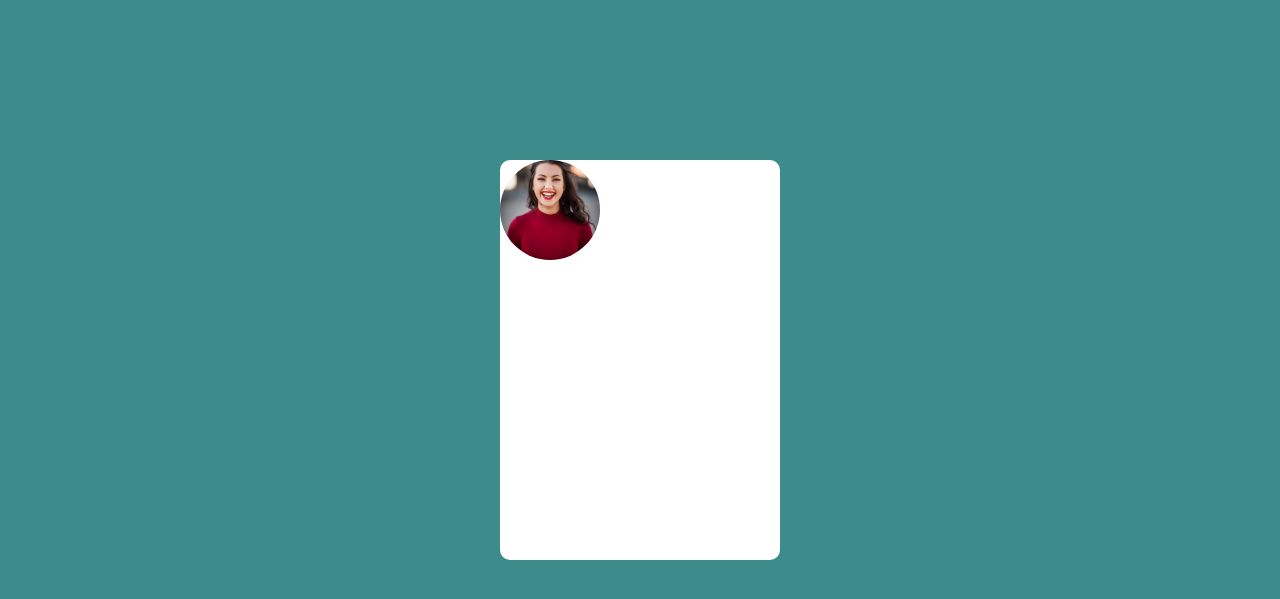
Repository: kiranjeetkaur01/instarequest.github.io
Page: index.html
The author's editor kept a copy of each file at every save. The page is drawn from the files as they stood at one save, then again after the next save.
The browser window is 1280 px wide. The pictures show the whole page.

Above is the page before, as saved 2023-09-12 19:33:56.

### index.html
<!DOCTYPE html>
<html lang="en">
<head>
    <meta charset="UTF-8">
    <meta name="viewport" content="width=device-width, initial-scale=1.0">
    <title>Insta Request Feature</title>
    <link rel="stylesheet" href="style.css">
</head>
<body>
    <div id="main">
        <div id="card">
            <img src="./photo-1494790108377-be9c29b29330.avif" alt="">
        </div>
    </div>

    <script src="script.js"></script>
</body>
</html>

### style.css
*{
    margin: 0;
    padding: 0;
    box-sizing: border-box;
}
html,body{
    height: 100%;
    width: 100%;
}
#main{
    height: 100%;
    width: 100%;
    background-color: rgb(62, 139, 139);
    display: flex;
    align-items: center;
    justify-content: center;
}
#card{
    height: 400px;
    width: 280px;
    background-color: #fff;
    border-radius: 10px;
}
#card img{
    height: 100px;
    width: 100px;
    object-fit: cover;
    border-radius: 50%;
}

Loaded but not shown: script.js (no copy from this time; the picture is the same without it)

After the next save:
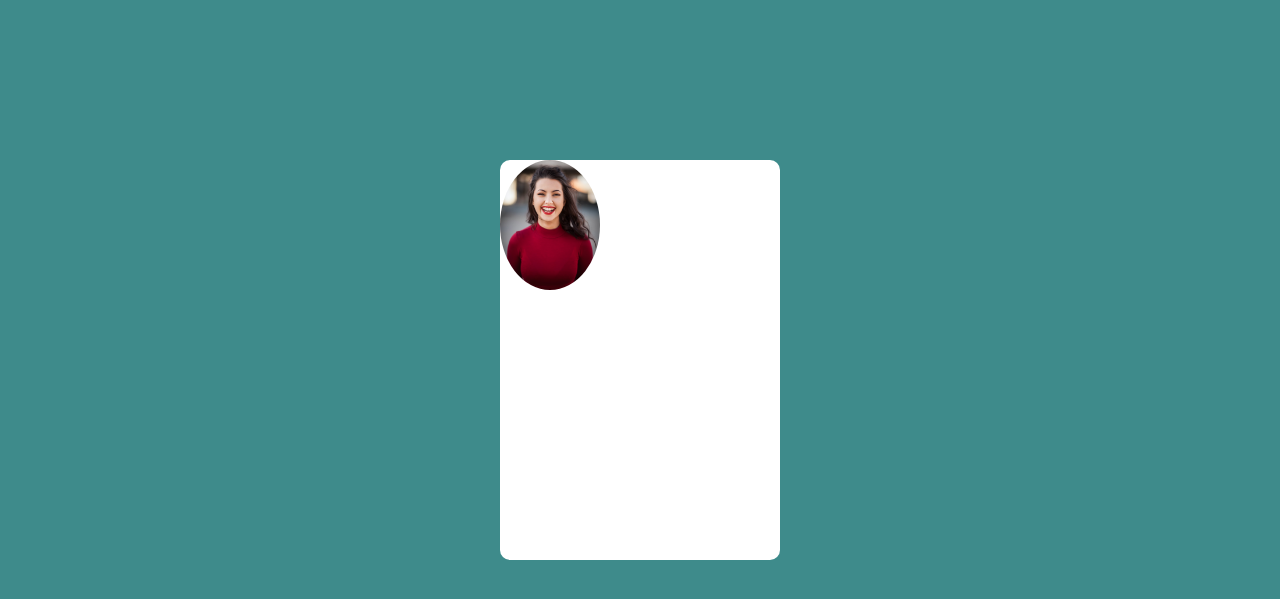
Saved 16 s later.
--- a/style.css
+++ b/style.css
@@ -22,7 +22,7 @@
     border-radius: 10px;
 }
 #card img{
-    height: 100px;
+    height: 130px;
     width: 100px;
     object-fit: cover;
     border-radius: 50%;
